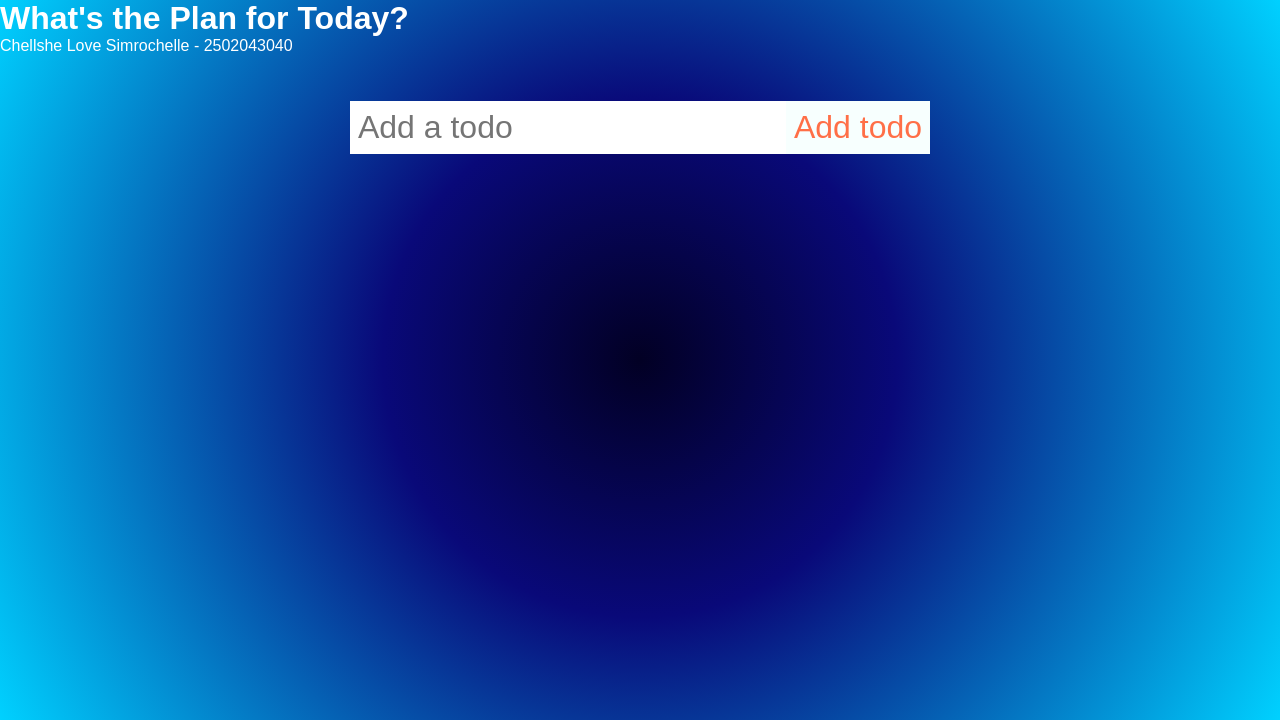
Repository: chellshelove/WADS_Assignment_TodoApp
Page: /
These files come from the project's save history. The page is drawn as it stood at one moment and after a run of saves; the edit follows.
The browser window is 1280 px wide. The pictures show the whole page.
The project was rebuilt for these pictures with package versions that can differ from the ones it lists, and the page was loaded fresh each time.

Above is the page before, as saved 2023-03-09 13:38:42.

After the next 2 saves:
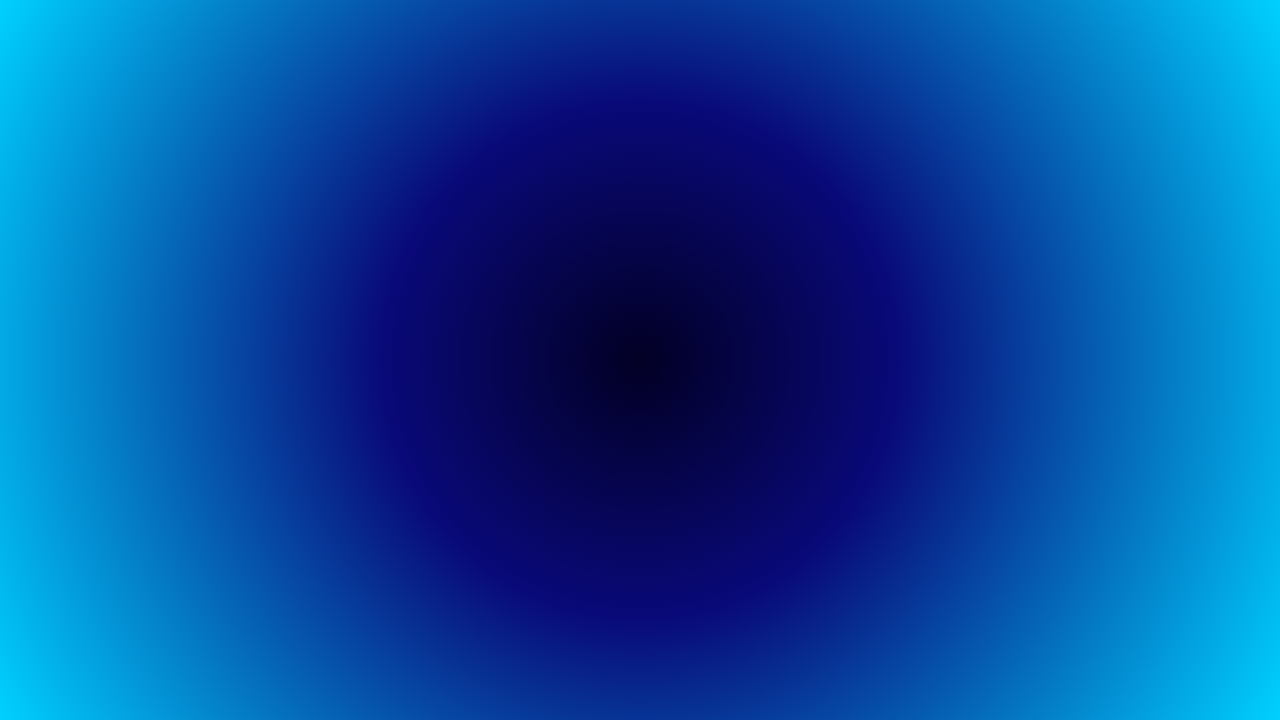
The 2 saves are shown as one change because 1 did not build or start.
The last was saved 2 min 3 s later.
--- a/src/App.js
+++ b/src/App.js
@@ -1,11 +1,9 @@
 import React from 'react';
 import './App.css';
-import TodoList from './components/TodoList';
 
 function App() {
   return (
     <div className="todo-app">
-     <TodoList/>
     </div>
   );
 }
